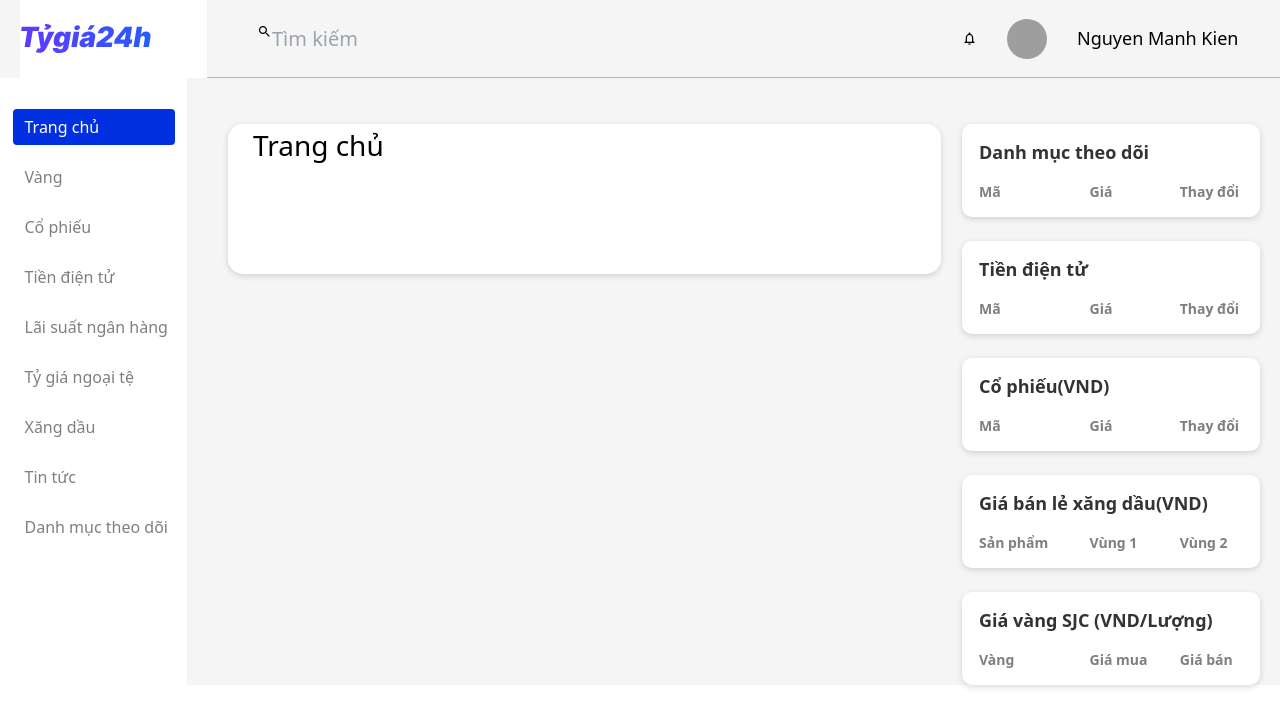
Repository: Kiendz3202/webtygia-frontend
Page: /
These files come from the project's save history. The page is drawn as it stood at one moment and after the next save; the edit follows.
The browser window is 1280 px wide. The pictures show the whole page.
Pictures or frames that could not be fetched are drawn as grey boxes. The page's requests for data from a server got no answer. The project was rebuilt for these pictures with package versions that can differ from the ones it lists, and the page was loaded fresh each time. Some packages were replaced by stand-ins written for this rebuild. The framework's server and built-in components were replaced by stand-ins that run in the browser. No one was signed in, and anything a server would have sent is missing. Also part of the build but not shown: next.config.js.

Above is the page before, as saved 2022-12-29 14:42:23.

### pages/_app.js
import '../styles/globals.css';
import MainLayout from '@components/layouts/mainLayout';
import { QueryClient, QueryClientProvider } from 'react-query';
import { ReactQueryDevtools } from 'react-query/devtools';
import React from 'react';

function MyApp({ Component, pageProps }) {
	const [queryClient] = React.useState(() => new QueryClient());
	return (
		<QueryClientProvider client={queryClient}>
			<MainLayout>
				<Component {...pageProps} />
			</MainLayout>
			{/* <ReactQueryDevtools initialIsOpen={true} /> */}
		</QueryClientProvider>
	);
}

export default MyApp;

### pages/index.js
export default function Home() {
	return (
		<div className=" text-[2.8rem] mt-[4.6rem] mx-[2.1rem] bg-white rounded-[1.5rem] px-[2.5rem] shadow-shadow-custom h-60 mb-[2.5rem]">
			Trang chủ
		</div>
	);
}

### styles/globals.css
@tailwind base;
@tailwind components;
@tailwind utilities;

@layer base {
	html {
		/* font-size: calc(15px + 0.390625vw); //15px */
		font-size: 10px;
	}

	* {
		box-sizing: border-box;
	}

	@media (max-width: 640px) {
		html {
			font-size: 7px;
		}
	}

	@media (min-width: 640px) {
		html {
			font-size: 7px;
		}
	}

	@media (min-width: 768px) {
		html {
			font-size: 8px;
		}
	}

	@media (min-width: 1024px) {
		html {
			font-size: 9px;
		}
	}

	@media (min-width: 1280px) {
		html {
			font-size: 10px;
		}
	}
}

/* html,
body {
	padding: 0;
	margin: 0;
	font-family: -apple-system, BlinkMacSystemFont, Segoe UI, Roboto, Oxygen,
		Ubuntu, Cantarell, Fira Sans, Droid Sans, Helvetica Neue, sans-serif;
}

a {
	color: inherit;
	text-decoration: none;
}

* {
	box-sizing: border-box;
}

@media (prefers-color-scheme: dark) {
	html {
		color-scheme: dark;
	}
	body {
		color: white;
		background: black;
	}
} */

### components/layouts/mainLayout/index.js
import { useEffect } from 'react';
// import Header from './header';
import MenuSideBar from './menuSideBar';
import ReferenceSideBar from './referenceSideBar';
import dynamic from 'next/dynamic';
const Header = dynamic(() => import('./header/index'), {
	ssr: false,
});

function MainLayout({ children }) {
	return (
		<div className="container max-w-[144rem] ">
			<div className="relative">
				<Header />
				<div
					id="main-content"
					className="flex justify-between bg-back-ground-1"
				>
					<MenuSideBar />
					<div className="w-full h-full max-w-[89.5rem] mx-auto  xl:ml-[20.7rem] sm:mt-[7.8rem]">
						{children}
					</div>
					<ReferenceSideBar />
				</div>
			</div>
		</div>
	);
}

export default MainLayout;

### components/layouts/mainLayout/menuSideBar/index.js
import React from 'react';
import Link from 'next/link';
import { useRouter } from 'next/router';
import HomeIcon from '@mui/icons-material/Home';

function MenuSideBar() {
	const router = useRouter();
	return (
		<div className="hidden xl:block w-[18.7rem]   xl:fixed top-[7.8rem] bg-white-text h-[119rem] ">
			<div className="mt-[3.1rem]">
				<ul className="flex flex-col items-center text-grey-text">
					<Link href="/">
						<li
							className={`w-[16.2rem] h-[3.6rem] text-[1.6rem] pl-[1.2rem] leading-[3.6rem] cursor-pointer ${
								router.pathname == '/'
									? 'text-white-text bg-active-bg rounded-[.4rem]'
									: ''
							}`}
						>
							{/* <HomeIcon className="mr-[1rem]" /> */}
							Trang chủ
						</li>
					</Link>
					<Link href="/gold" className="mt-[1.4rem]">
						<li
							className={`w-[16.2rem] h-[3.6rem] text-[1.6rem] pl-[1.2rem] leading-[3.6rem] cursor-pointer  ${
								router.pathname.includes('/gold')
									? 'text-white-text bg-active-bg rounded-[.4rem]'
									: ''
							}`}
						>
							Vàng
						</li>
					</Link>
					<Link href="/stock" className="mt-[1.4rem]">
						<li
							className={`w-[16.2rem] h-[3.6rem] text-[1.6rem] pl-[1.2rem] leading-[3.6rem] cursor-pointer ${
								router.pathname.includes('/stock')
									? 'text-white-text bg-active-bg rounded-[.4rem]'
									: ''
							}`}
						>
							Cổ phiếu
						</li>
					</Link>
					<Link href="/coin" className="mt-[1.4rem]">
						<li
							className={`w-[16.2rem] h-[3.6rem] text-[1.6rem] pl-[1.2rem] leading-[3.6rem] cursor-pointer ${
								router.pathname.includes('/coin')
									? 'text-white-text bg-active-bg rounded-[.4rem]'
									: ''
							}`}
						>
							Tiền điện tử
						</li>
					</Link>
					<Link href="/interest-rate" className="mt-[1.4rem]">
						<li
							className={`w-[16.2rem] h-[3.6rem] text-[1.6rem] pl-[1.2rem] leading-[3.6rem] cursor-pointer ${
								router.pathname.includes('/interest-rate')
									? 'text-white-text bg-active-bg rounded-[.4rem]'
									: ''
							}`}
						>
							Lãi suất ngân hàng
						</li>
					</Link>
					<Link href="/exchange-rate" className="mt-[1.4rem]">
						<li
							className={`w-[16.2rem] h-[3.6rem] text-[1.6rem] pl-[1.2rem] leading-[3.6rem] cursor-pointer ${
								router.pathname.includes('/exchange-rate')
									? 'text-white-text bg-active-bg rounded-[.4rem]'
									: ''
							}`}
						>
							Tỷ giá ngoại tệ
						</li>
					</Link>
					<Link href="/petrol" className="mt-[1.4rem]">
						<li
							className={`w-[16.2rem] h-[3.6rem] text-[1.6rem] pl-[1.2rem] leading-[3.6rem] cursor-pointer ${
								router.pathname.includes('/petrol')
									? 'text-white-text bg-active-bg rounded-[.4rem]'
									: ''
							}`}
						>
							Xăng dầu
						</li>
					</Link>
					<Link href="/news" className="mt-[1.4rem]">
						<li
							className={`w-[16.2rem] h-[3.6rem] text-[1.6rem] pl-[1.2rem] leading-[3.6rem] cursor-pointer ${
								router.pathname.includes('/news')
									? 'text-white-text bg-active-bg rounded-[.4rem]'
									: ''
							}`}
						>
							Tin tức
						</li>
					</Link>
					<Link href="/category-following" className="mt-[1.4rem]">
						<li
							className={`w-[16.2rem] h-[3.6rem] text-[1.6rem] pl-[1.2rem] leading-[3.6rem] cursor-pointer ${
								router.pathname == '/category-following'
									? 'text-white-text bg-active-bg rounded-[.4rem]'
									: ''
							}`}
						>
							Danh mục theo dõi
						</li>
					</Link>
				</ul>
			</div>
		</div>
	);
}

export default MenuSideBar;

### components/layouts/mainLayout/referenceSideBar/index.js
import React from 'react';
import Coin from './Coin';
import Stock from './Stock';
import CategoryFollowing from './CategoryFollowing';
import Petrol from './Petrol';
import Gold from './Gold';

function ReferenceSideBar() {
	return (
		<div className="hidden lg:block min-w-[31.8rem]  bg-back-ground-1 mt-[7.8rem] ">
			{/* danh muc theo doi xuat hien khi dang nhap */}
			<CategoryFollowing />
			<Coin />
			<Stock />
			<Petrol />
			<Gold />
		</div>
	);
}

export default ReferenceSideBar;

### components/layouts/mainLayout/referenceSideBar/Coin.js
import React from 'react';
import { useQuery } from 'react-query';
import axios from 'axios';
import Link from 'next/link';

const fetchCoins = async () => {
	return axios
		.get('http://localhost:5000/api/v1/coin/top-rank')
		.then((res) => res.data.data)
		.catch((err) => console.log(err));
};

function Coin() {
	const { data, isLoading, isError, error, isFetching } = useQuery(
		'coin-top-rank',
		fetchCoins,
		{
			// cacheTime: 600000,
			// refetchOnWindowFocus: false,
			// staleTime: 300000,
			refetchInterval: 120000,
		}
	);

	if (isLoading) {
		return <h2>Đang tải...</h2>;
	}
	if (isError) {
		return <h2>{error.message}</h2>;
	}
	// console.log(data);

	// useEffect(() => {
	// 	// setLoading(true)
	// 	fetch('http://localhost:5000/api/v1/coin/top-rank')
	// 		.then((res) => res.json())
	// 		.then((data) => {
	// 			setCoins(data.data);
	// 			// setLoading(false)
	// 		});
	// }, []);
	return (
		<div className="  shadow-shadow-custom rounded-[1rem] bg-white-text mt-[2.4rem] mr-[2rem]">
			<div className="pt-[1.5rem] pl-[1.7rem] text-[1.6rem]">
				<p className="text-back-text text-[1.8rem] font-semibold cursor-pointer">
					Tiền điện tử
				</p>
				<div className="py-[1.5rem]">
					<ul className="grid grid-cols-4 text-grey-text text-[1.4rem] font-semibold">
						<li className=" col-span-2">Mã</li>
						<li className="ml-[-3rem]">Giá</li>
						<li className="ml-[-1rem]">Thay đổi</li>
					</ul>
					{data &&
						data.map((coin) => (
							<ul
								key={coin.nameId}
								className="grid grid-cols-4 text-back-text text-[1.4rem] pt-[1.5rem]"
							>
								<li className="text-[1.4rem] font-semibold col-span-2 cursor-pointer hover:opacity-80">
									<Link href={`/coin/${coin.nameId}`}>
										<img
											className="inline-block w-[2.4rem] h-[2.4rem]"
											src={coin.image}
										/>
										<span className="pl-[1rem]">
											{coin.symbol.toUpperCase()}
										</span>
									</Link>
								</li>
								<li className="text-[1.4rem] font-medium ml-[-3rem]">
									{coin.currentPrice}$
								</li>
								<li className="text-[1.4rem] font-medium text-price-increase ml-[-1rem]">
									{coin.priceChange1hPercent?.slice(0, 8)}%
								</li>
							</ul>
						))}
				</div>
			</div>
		</div>
	);
}

export default Coin;

### components/layouts/mainLayout/referenceSideBar/Stock.js
import React, { useEffect, useState } from 'react';
import { useQuery } from 'react-query';
import axios from 'axios';

const fetchStocks = async () => {
	return axios
		.get('http://localhost:5000/api/v1/stock/top-rank')
		.then((res) => res.data.data)
		.catch((err) => console.log(err));
};

function Stock() {
	const { data, isLoading, isError, error, isFetching } = useQuery(
		'stock-top-rank',
		fetchStocks,
		{
			// cacheTime: 600000,
			// refetchOnWindowFocus: false,
			// staleTime: 300000,
			refetchInterval: 900000,
		}
	);

	if (isLoading) {
		return <h2>Đang tải...</h2>;
	}
	if (isError) {
		return <h2>{error.message}</h2>;
	}
	return (
		<div className="shadow-shadow-custom rounded-[1rem] bg-white-text mt-[2.4rem] mr-[2rem]">
			<div className="pt-[1.5rem] pl-[1.7rem] text-[1.6rem]">
				<p className="text-back-text text-[1.8rem] font-semibold cursor-pointer">
					Cổ phiếu(VND)
				</p>
				<div className="py-[1.5rem]">
					<ul className="grid grid-cols-4 text-grey-text text-[1.4rem] font-semibold">
						<li className=" col-span-2">Mã</li>
						<li className="ml-[-3rem]">Giá</li>
						<li className="ml-[-1rem]">Thay đổi</li>
					</ul>
					{data &&
						data.map((stock) => (
							<ul
								key={stock.symbol}
								className="grid grid-cols-4 text-back-text text-[1.4rem] pt-[1.5rem] "
							>
								<li className="text-[1.4rem] font-semibold col-span-2 cursor-pointer hover:opacity-80">
									{stock.symbol.toUpperCase()}
								</li>
								<li className="text-[1.4rem] font-medium ml-[-3rem]">
									{parseFloat(stock.currentPrice) * 1000}
								</li>
								<li className="text-[1.4rem] font-medium text-price-increase ml-[-1rem]">
									{stock.changePercent}
								</li>
							</ul>
						))}
				</div>
			</div>
		</div>
	);
}

export default Stock;

### components/layouts/mainLayout/referenceSideBar/CategoryFollowing.js
import { useQuery } from 'react-query';
import axios from 'axios';

const fetchCoins = async () => {
	return axios
		.get('http://localhost:5000/api/v1/coin/top-rank')
		.then((res) => res.data.data)
		.catch((err) => console.log(err));
};

function CategoryFollowing() {
	const { data, isLoading, isError, error, isFetching } = useQuery(
		'coin-top-rank',
		fetchCoins,
		{
			// cacheTime: 600000,
			// refetchOnWindowFocus: false,
			// staleTime: 300000,
			refetchInterval: 120000,
		}
	);

	if (isLoading) {
		return <h2>Đang tải...</h2>;
	}
	if (isError) {
		return <h2>{error.message}</h2>;
	}
	return (
		<div className="  shadow-shadow-custom rounded-[1rem] bg-white-text mt-[4.6rem] mr-[2rem]">
			<div className="pt-[1.5rem] pl-[1.7rem] text-[1.6rem]">
				<p className="text-back-text text-[1.8rem] font-semibold cursor-pointer">
					Danh mục theo dõi
				</p>
				<div className="py-[1.5rem]">
					<ul className="grid grid-cols-4 text-grey-text text-[1.4rem] font-semibold">
						<li className=" col-span-2">Mã</li>
						<li className="ml-[-3rem]">Giá</li>
						<li className="ml-[-1rem]">Thay đổi</li>
					</ul>
					{data &&
						data.map((coin) => (
							<ul
								key={coin.nameId}
								className="grid grid-cols-4 text-back-text text-[1.4rem] pt-[1.5rem]"
							>
								<li className="text-[1.4rem] font-semibold col-span-2 cursor-pointer hover:opacity-80">
									<img
										className="inline-block w-[2.4rem] h-[2.4rem]"
										src={coin.image}
									/>
									<span className="pl-[1rem]">
										{coin.symbol.toUpperCase()}
									</span>
								</li>
								<li className="text-[1.4rem] font-medium ml-[-3rem]">
									{coin.currentPrice}$
								</li>
								<li className="text-[1.4rem] font-medium text-price-increase ml-[-1rem]">
									{coin.priceChange1hPercent?.slice(0, 8)}%
								</li>
							</ul>
						))}
				</div>
			</div>
		</div>
	);
}

export default CategoryFollowing;

### components/layouts/mainLayout/referenceSideBar/Petrol.js
import React, { useEffect, useState } from 'react';
import { useQuery } from 'react-query';
import axios from 'axios';

const fetchPetrol = async () => {
	return axios
		.get('http://66.42.58.72/api/v1/petrol/petrolimex')
		.then((res) => res.data.data)
		.catch((err) => console.log(err));
};

function Petrol() {
	const { data, isLoading, isError, error, isFetching } = useQuery(
		'petrolimex',
		fetchPetrol,
		{
			// cacheTime: 600000,
			// refetchOnWindowFocus: false,
			// staleTime: 300000,
			refetchInterval: 1800000,
		}
	);

	if (isLoading) {
		return <h2>Đang tải...</h2>;
	}
	if (isError) {
		return <h2>{error.message}</h2>;
	}
	return (
		<div className=" shadow-shadow-custom rounded-[1rem] bg-white-text mt-[2.4rem] mr-[2rem]">
			<div className="pt-[1.5rem] pl-[1.7rem] text-[1.6rem]">
				<p className="text-back-text text-[1.8rem] font-semibold cursor-pointer">
					Giá bán lẻ xăng dầu(VND)
				</p>
				<div className="py-[1.5rem]">
					<ul className="grid grid-cols-4 text-grey-text text-[1.4rem] font-semibold">
						<li className=" col-span-2">Sản phẩm</li>
						<li className="ml-[-3rem]">Vùng 1</li>
						<li className="ml-[-1rem]">Vùng 2</li>
					</ul>
					{data &&
						data.map((petrol) => (
							<div key={petrol.name}>
								<ul className="grid grid-cols-4 text-back-text text-[1.4rem] pt-[1.5rem]">
									<li className="text-[1.4rem] font-semibold col-span-2 cursor-pointer hover:opacity-80">
										RON95 III
									</li>
									<li className="text-[1.4rem] font-medium ml-[-3rem]">
										{petrol.ron95III_1}
									</li>
									<li className="text-[1.4rem] font-medium text-price-increase ml-[-1rem]">
										{petrol.ron95III_2}
									</li>
								</ul>
								<ul className="grid grid-cols-4 text-back-text text-[1.4rem] pt-[1.5rem]">
									<li className="text-[1.4rem] font-semibold col-span-2 cursor-pointer hover:opacity-80">
										RON95 V
									</li>
									<li className="text-[1.4rem] font-medium ml-[-3rem]">
										{petrol.ron95v_1}
									</li>
									<li className="text-[1.4rem] font-medium text-price-increase ml-[-1rem]">
										{petrol.ron95v_2}
									</li>
								</ul>
								<ul className="grid grid-cols-4 text-back-text text-[1.4rem] pt-[1.5rem]">
									<li className="text-[1.4rem] font-semibold col-span-2 cursor-pointer hover:opacity-80">
										RON92 II
									</li>
									<li className="text-[1.4rem] font-medium ml-[-3rem]">
										{petrol.ron92II_1}
									</li>
									<li className="text-[1.4rem] font-medium text-price-increase ml-[-1rem]">
										{petrol.ron92II_2}
									</li>
								</ul>
								<ul className="grid grid-cols-4 text-back-text text-[1.4rem] pt-[1.5rem]">
									<li className="text-[1.4rem] font-semibold col-span-2 cursor-pointer hover:opacity-80">
										DO 0,05S-II
									</li>
									<li className="text-[1.4rem] font-medium ml-[-3rem]">
										{petrol.do005SII_1}
									</li>
									<li className="text-[1.4rem] font-medium text-price-increase ml-[-1rem]">
										{petrol.do005SII_2}
									</li>
								</ul>
								<ul className="grid grid-cols-4 text-back-text text-[1.4rem] pt-[1.5rem]">
									<li className="text-[1.4rem] font-semibold col-span-2 cursor-pointer hover:opacity-80">
										DO 0,001S-V
									</li>
									<li className="text-[1.4rem] font-medium ml-[-3rem]">
										{petrol.do0001SV_1}
									</li>
									<li className="text-[1.4rem] font-medium text-price-increase ml-[-1rem]">
										{petrol.do0001SV_2}
									</li>
								</ul>
								<ul className="grid grid-cols-4 text-back-text text-[1.4rem] pt-[1.5rem]">
									<li className="text-[1.4rem] font-semibold col-span-2 cursor-pointer hover:opacity-80">
										Dầu hoả
									</li>
									<li className="text-[1.4rem] font-medium ml-[-3rem]">
										{petrol.dauhoa_1}
									</li>
									<li className="text-[1.4rem] font-medium text-price-increase ml-[-1rem]">
										{petrol.dauhoa_2}
									</li>
								</ul>
							</div>
						))}
				</div>
			</div>
		</div>
	);
}

export default Petrol;

### components/layouts/mainLayout/referenceSideBar/Gold.js
import React, { useEffect, useState } from 'react';
import { useQuery } from 'react-query';
import axios from 'axios';

const fetchGoldSjc = async () => {
	return axios
		.get('http://66.42.58.72/api/v1/gold/sjc')
		.then((res) => res.data.data)
		.catch((err) => console.log(err));
};

function Gold() {
	const { data, isLoading, isError, error, isFetching } = useQuery(
		'goldSjc',
		fetchGoldSjc,
		{
			// cacheTime: 600000,
			// refetchOnWindowFocus: false,
			// staleTime: 300000,
			refetchInterval: 1800000,
		}
	);

	if (isLoading) {
		return <h2>Đang tải...</h2>;
	}
	if (isError) {
		return <h2>{error.message}</h2>;
	}
	return (
		<div className=" shadow-shadow-custom rounded-[1rem] bg-white-text mt-[2.4rem] mr-[2rem]">
			<div className="pt-[1.5rem] pl-[1.7rem] text-[1.6rem]">
				<p className="text-back-text text-[1.8rem] font-semibold cursor-pointer">
					Giá vàng SJC (VND/Lượng)
				</p>
				<div className="py-[1.5rem]">
					<ul className="grid grid-cols-4 text-grey-text text-[1.4rem] font-semibold">
						<li className=" col-span-2">Vàng</li>
						<li className="ml-[-3rem]">Giá mua</li>
						<li className="ml-[-1rem]">Giá bán</li>
					</ul>
					{data &&
						data.map((gold) => (
							<ul
								key={gold.name}
								className="grid grid-cols-4 text-back-text text-[1.4rem] pt-[1.5rem] "
							>
								<li className="text-[1.4rem] font-semibold col-span-2 cursor-pointer hover:opacity-80">
									SJC
								</li>
								<li className="text-[1.4rem] font-medium ml-[-3rem]">
									{parseFloat(
										gold.sjc1l10lBuy
									).toLocaleString()}
								</li>
								<li className="text-[1.4rem] font-medium text-price-increase ml-[-1rem]">
									{parseFloat(
										gold.sjc1l10lSell
									).toLocaleString()}
								</li>
							</ul>
						))}
				</div>
			</div>
		</div>
	);
}

export default Gold;

### tailwind.config.js
/** @type {import('tailwindcss').Config} */
module.exports = {
	content: [
		'./pages/**/*.{js,ts,jsx,tsx}',
		'./components/**/*.{js,ts,jsx,tsx}',
	],
	theme: {
		container: {
			center: true,
		},
		extend: {
			colors: {
				'grey-boder': 'rgba(0, 0, 0, 0.25)',
				'grey-text': '#7F7F7F',
				'grey-text-2': '#585C6C',
				'white-text': '#FFFFFF',
				'black-text': '#2F2F2F',
				'black-text-2': '#000000',
				'blue-text': '#1366FF',
				'back-ground-1': '#F5F5F5',
				'back-text': '#333333',
				'active-bg': '#0030E0',
				'price-decrease': '#00BF3D',
				'price-increase': '#03A66D',
			},
			width: {},
			boxShadow: {
				'shadow-custom': '0px 2px 6px rgba(0, 0, 0, 0.15)',
			},
		},
	},
	plugins: [],
};

Loaded but not shown: components/layouts/mainLayout/header/index.js (100 lines, source omitted)

After the next save:
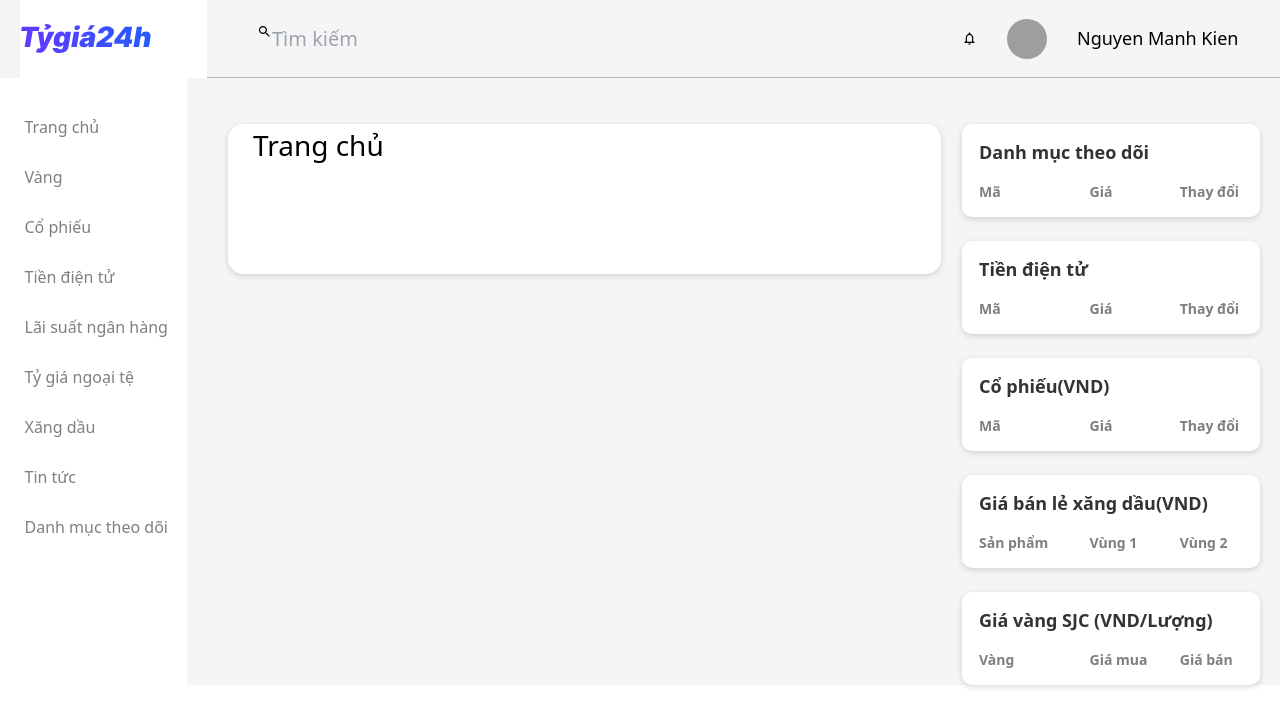
Saved 105 s later.
--- a/components/layouts/mainLayout/menuSideBar/index.js
+++ b/components/layouts/mainLayout/menuSideBar/index.js
@@ -12,7 +12,7 @@ function MenuSideBar() {
 					<Link href="/">
 						<li
 							className={`w-[16.2rem] h-[3.6rem] text-[1.6rem] pl-[1.2rem] leading-[3.6rem] cursor-pointer ${
-								router.pathname == '/'
+								router.pathname == '/trang-chu'
 									? 'text-white-text bg-active-bg rounded-[.4rem]'
 									: ''
 							}`}
